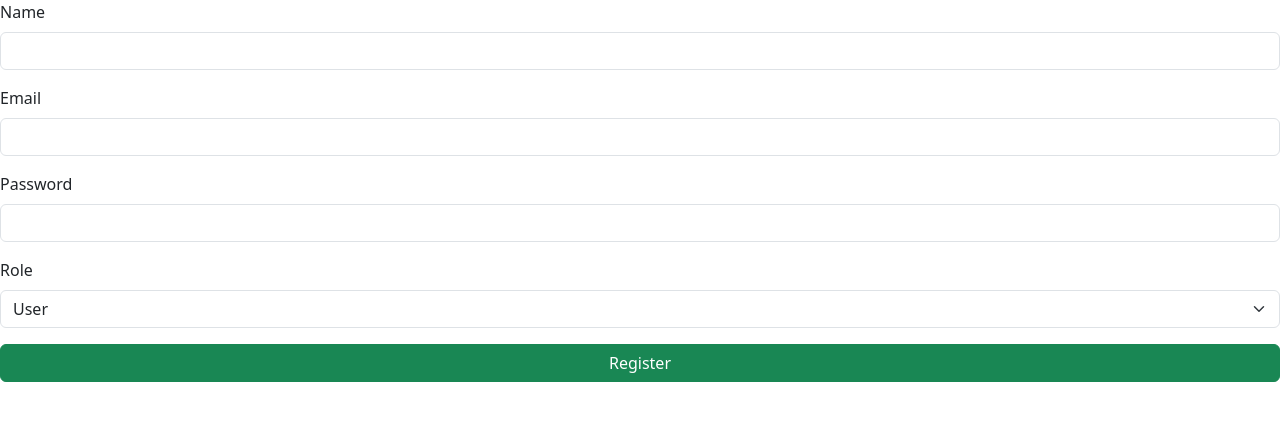
Repository: SHINEweb546/Placement-Portal-App
Page: http://localhost/register
The author's editor kept a copy of each file at every save. The page is drawn from the files as they stood at one save, then again after the next save.
The browser window is 1280 px wide. The pictures show the whole page.
The page is served by the project's application, run on Flask 3 (app.py).

Above is the page before, as saved 2026-02-28 13:12:46.

After the next save:
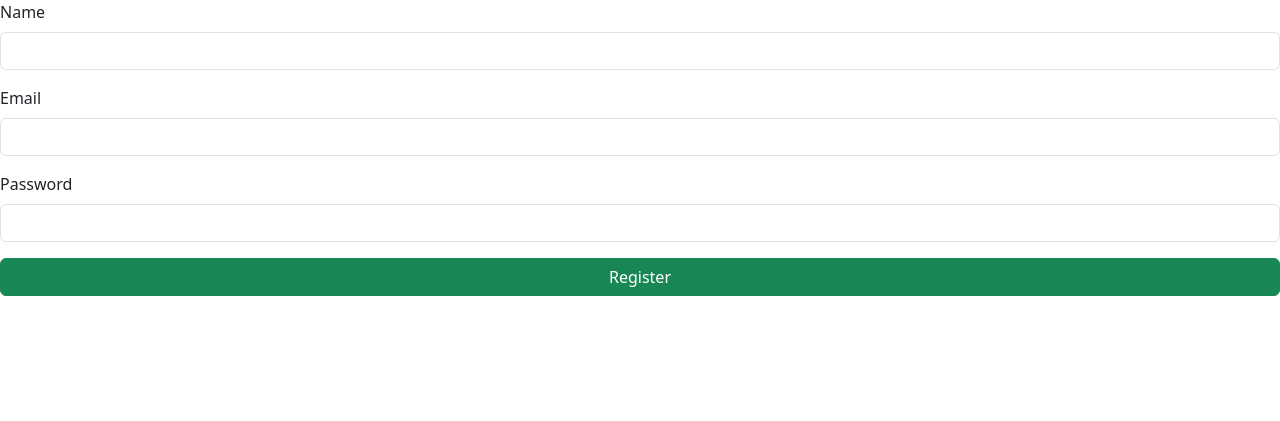
Saved 118 s later.
--- a/templates/register.html
+++ b/templates/register.html
@@ -37,13 +37,6 @@
       required>
   </div>
 
-  <div class="mb-3">
-    <label class="form-label">Role</label>
-    <select name="role" class="form-select" required>
-      <option value="User">User</option>
-      <option value="Admin">Admin</option>
-    </select>
-  </div>
 
   <button type="submit" class="btn btn-success w-100">
     Register
